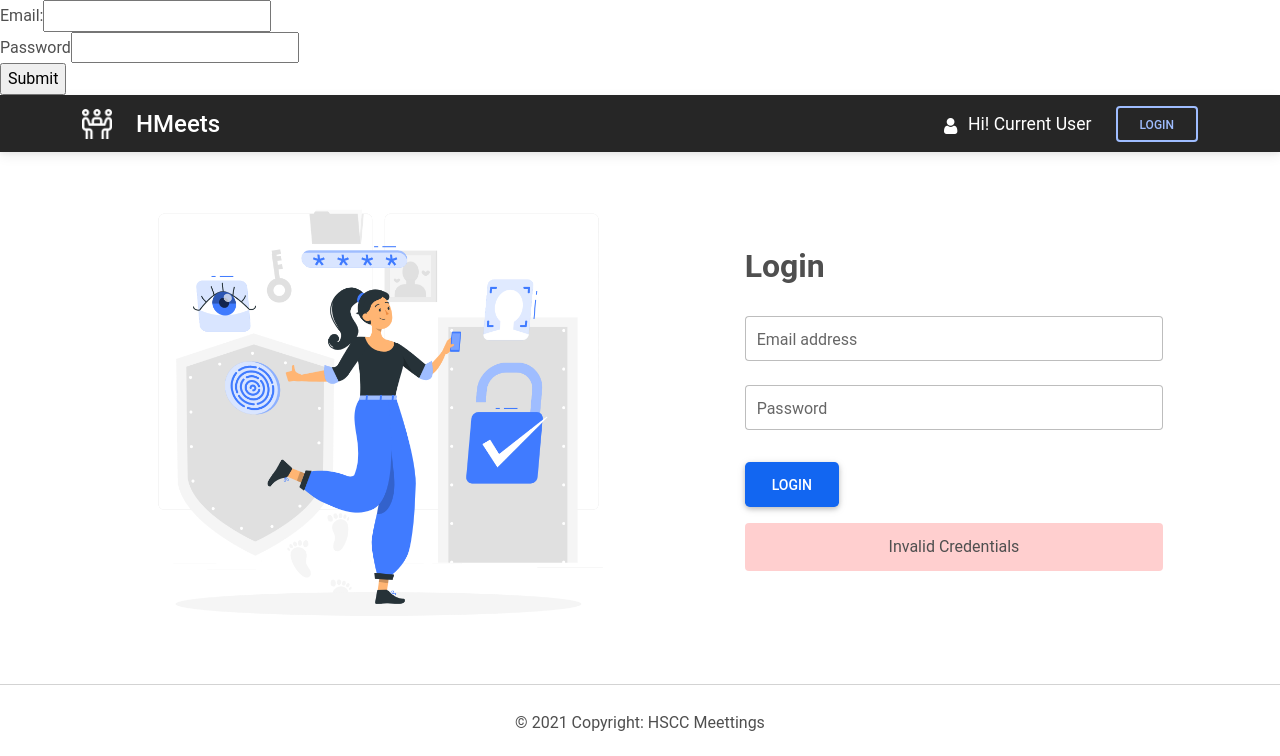
Repository: pavleen14/techyons-code-fury
Page: http://localhost/meetingroommanagement/login
The author's editor kept a copy of each file at every save. The page is drawn from the files as they stood at one save, then again after the next save.
The browser window is 1280 px wide. The pictures show the whole page.
The page is served by Tomcat 9.

Above is the page before, as saved 2021-09-26 16:35:27.

After the next save:
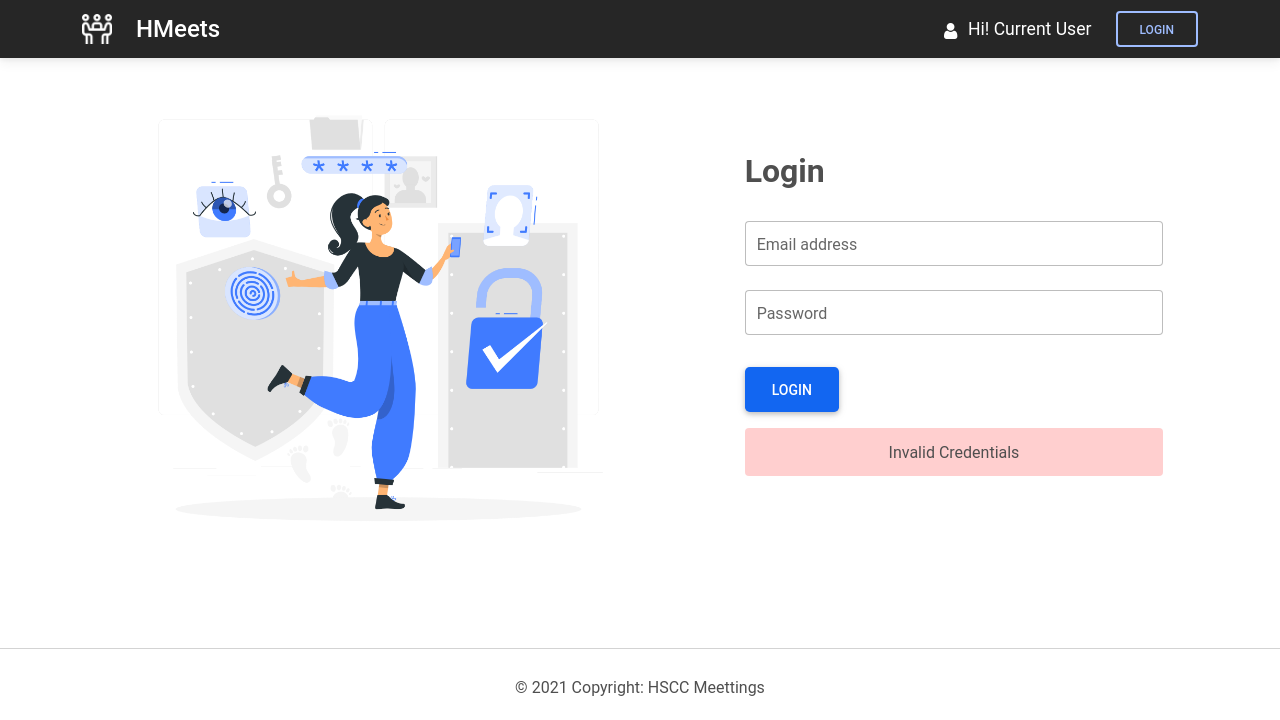
Saved 20 s later.
--- a/application/meetingroommanagement/src/main/webapp/views/login.jsp
+++ b/application/meetingroommanagement/src/main/webapp/views/login.jsp
@@ -10,14 +10,6 @@
     <link rel="stylesheet" href="/meetingroommanagement/css/style.css">
     <title>Login | HMeets</title>
 </head>
-<body>
-<form action="login" method="post">
-<span>Email:<input type="text" name="email" value="${email}" required></span>
-<br/>
-<span>Password<input type="password" name="password" required></span>
-<br/>
-<span>${message}</span>
-<input type="submit" value="Submit">
 
 <body id="page-container">
     <header>
